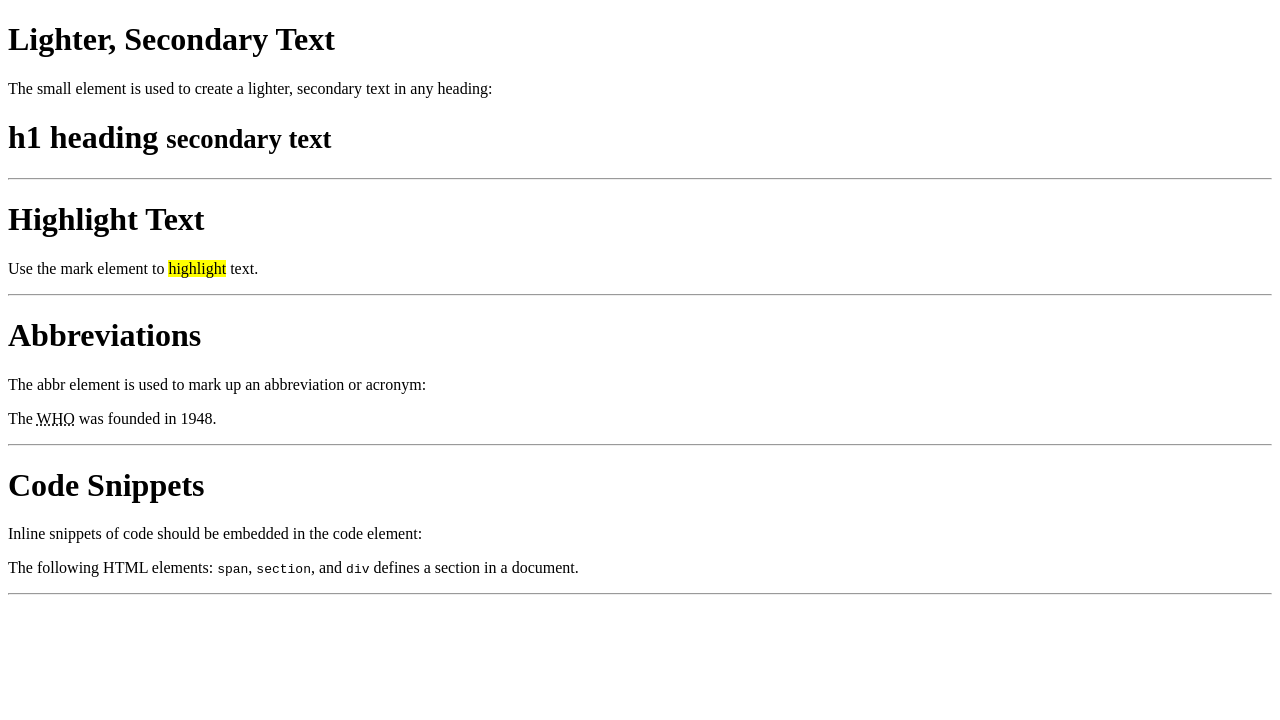
Repository: Sonalitanika/Assigment_IT17048842
Page: Lab09/WebContent/index.html
An editor plug-in stored every save of this project. The page is shown before and after the next save, followed by the edit.
The browser window is 1280 px wide. The pictures show the whole page.

Above is the page before, as saved 2019-05-25 14:11:37.

After the next save:
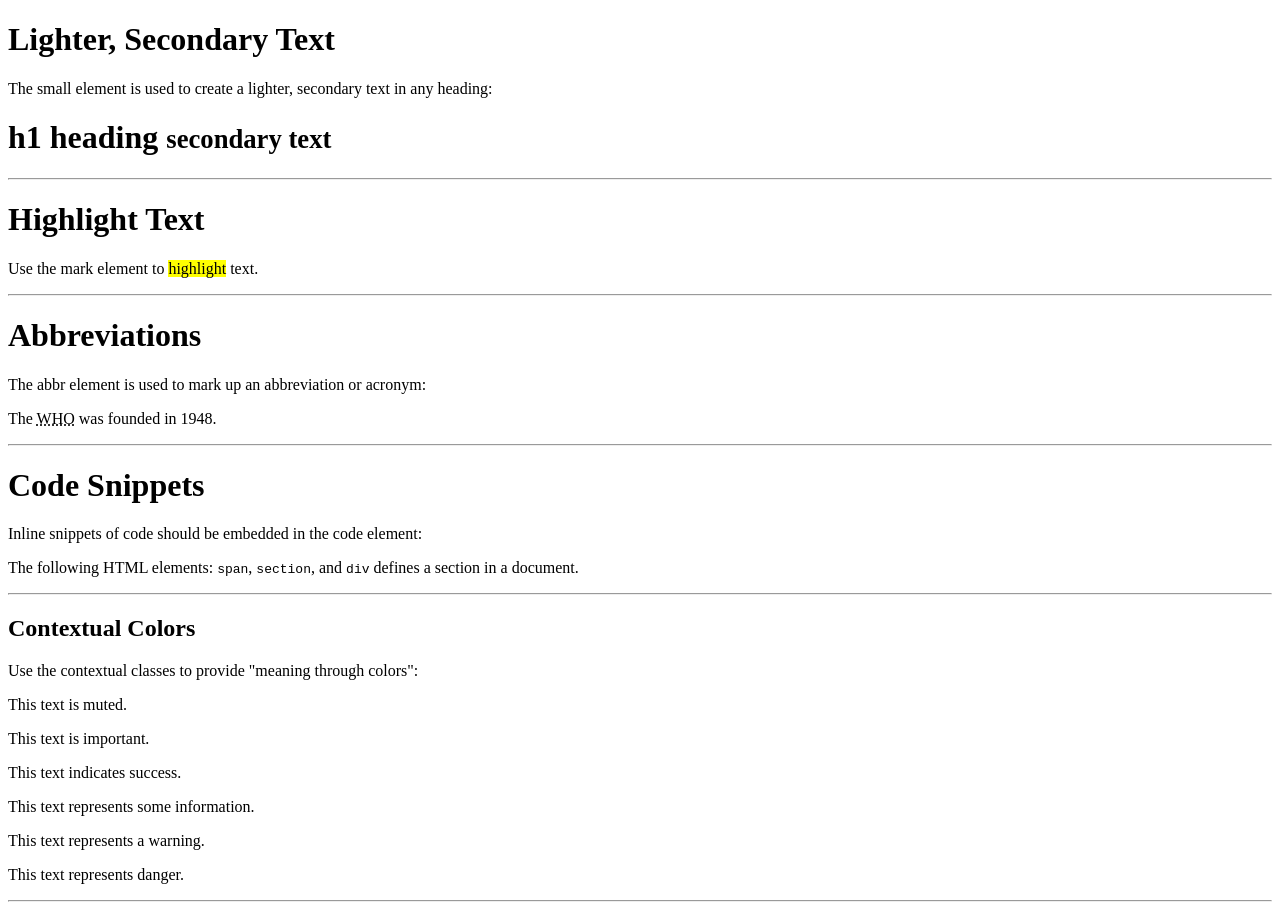
Saved 2 min 45 s later.
--- a/Lab09/WebContent/index.html
+++ b/Lab09/WebContent/index.html
@@ -37,5 +37,19 @@ the code element:</p>
 <code>span</code>, <code>section</code>, and
 <code>div</code> defines a section in
 a document.</p> </div> <hr>
+
+<div class="container">
+ <h2>Contextual Colors</h2>
+ <p>Use the contextual classes to provide "meaning through colors":</p>
+ <p class="text-muted">This text is muted.</p>
+ <p class="text-primary">This text is important.</p>
+ <p class="text-success">This text indicates success.</p>
+ <p class="text-info">This text represents some information.</p>
+ <p class="text-warning">This text represents a warning.</p>
+ <p class="text-danger">This text represents danger.</p>
+</div>
+<hr>
+
+
 </body>
 </html>
